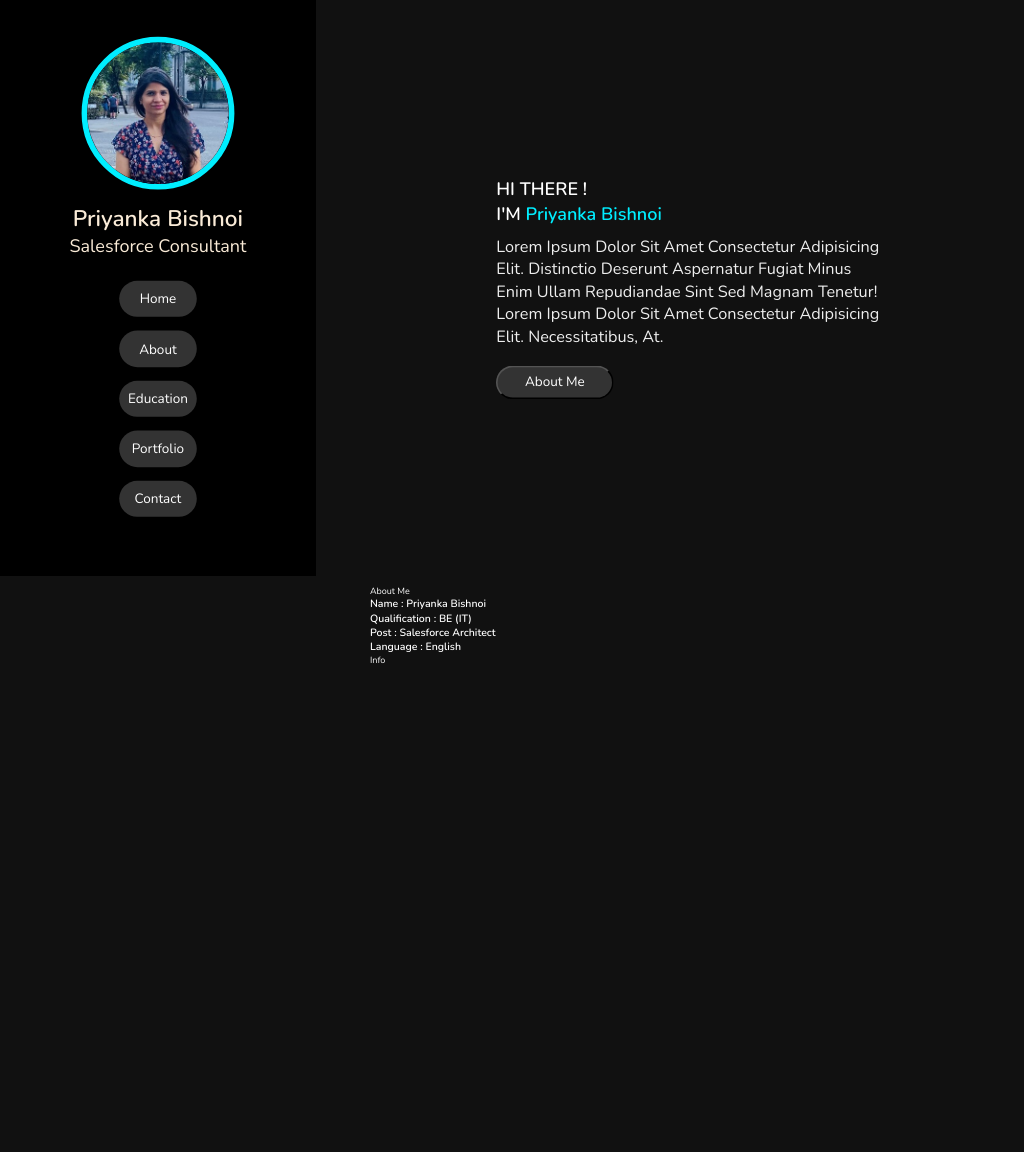
Repository: priyanka-bishnoi/PortfolioPage
Page: MyPage.html
The author's editor kept a copy of each file at every save. The page is drawn from the files as they stood at one save, then again after the next save.
The browser window is 1280 px wide. The pictures show the whole page, at 80% of full size.

Above is the page before, as saved 2022-10-08 17:17:02.

After the next save:
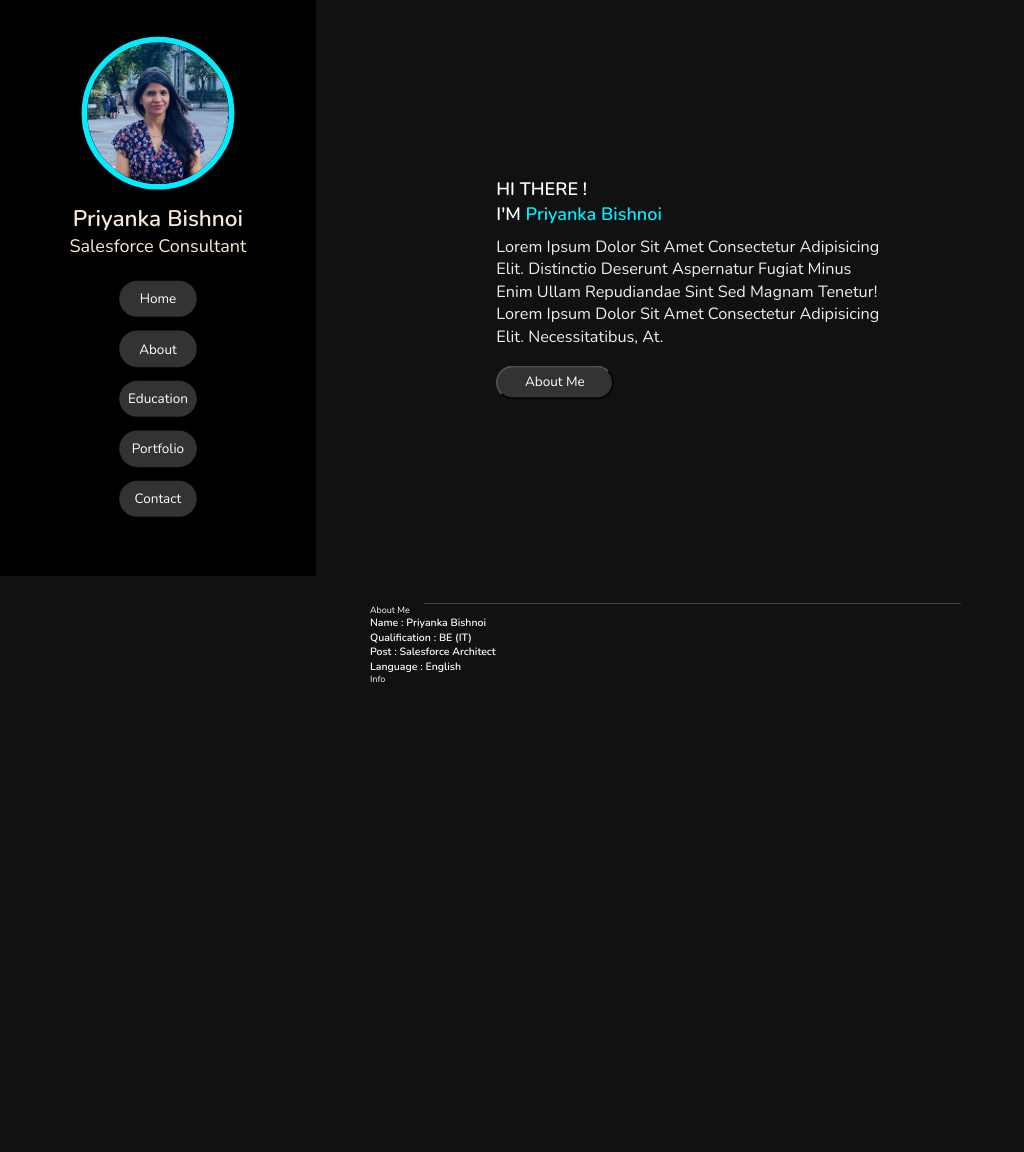
Saved 101 s later.
--- a/css/style.css
+++ b/css/style.css
@@ -40,9 +40,17 @@ section{
     background:var(--orange);
 }
 
-.heading {
-    font-size : 2.5rem;
-    color:white;
+.heading{
+    text-align: center;
+    margin:0 6rem;
+    font-size: 4rem;
+    padding:1rem;
+    border-bottom: .1rem solid #fff4;
+    color:#fff;
+}
+
+.heading span{
+    color:var(--orange);
 }
 
 header {
